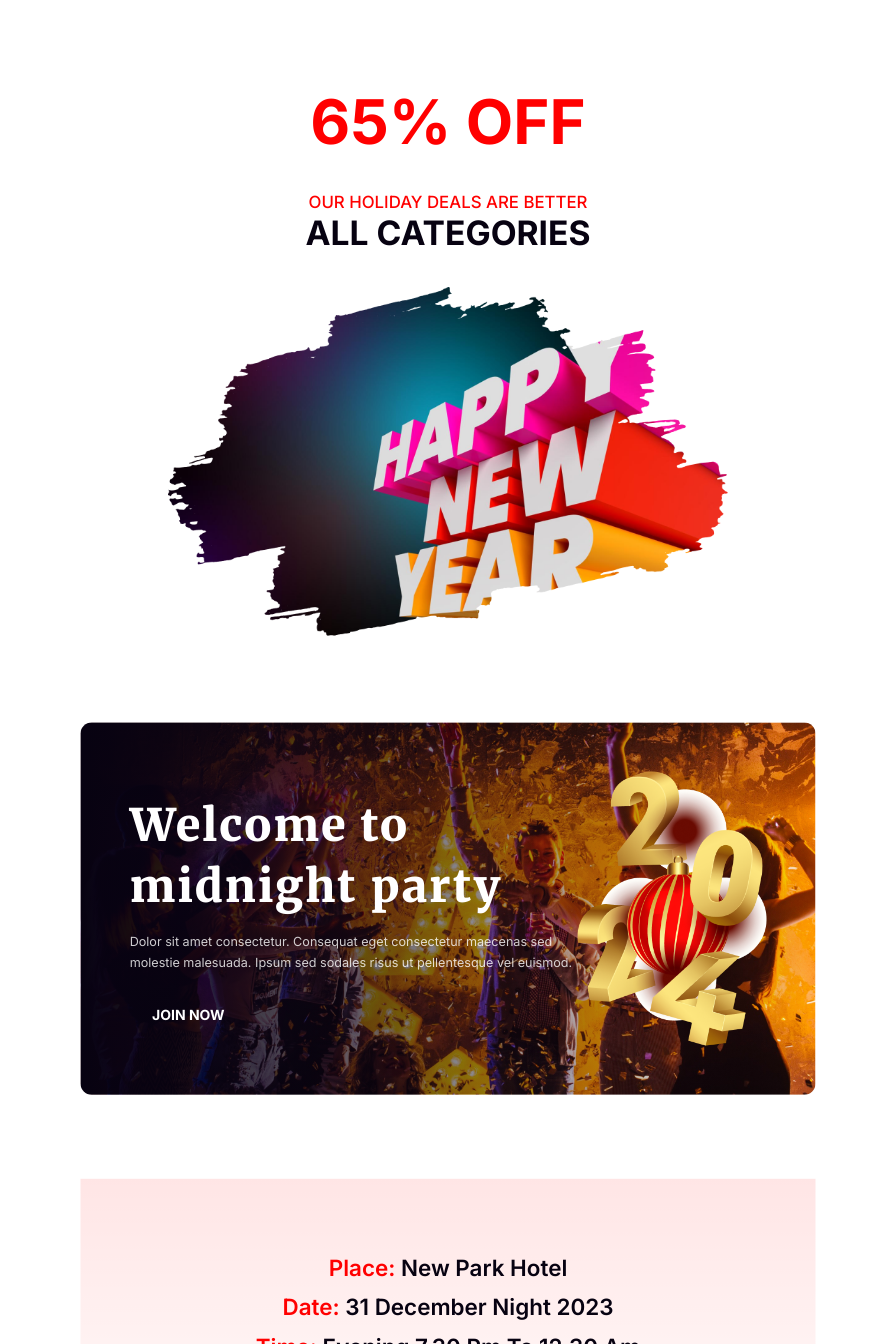
Repository: ShouravAhammed/simple-responsive-new-year
Page: index.html
These files come from the project's save history. The page is drawn as it stood at one moment and after the next save; the edit follows.
The browser window is 1280 px wide. The pictures show the part of the page from y = 0 to 1920 px (the page is 6233 px tall before and 6863 px after), at 70% of full size.

Above is the page before, as saved 2024-01-11 17:07:47.

After the next save:
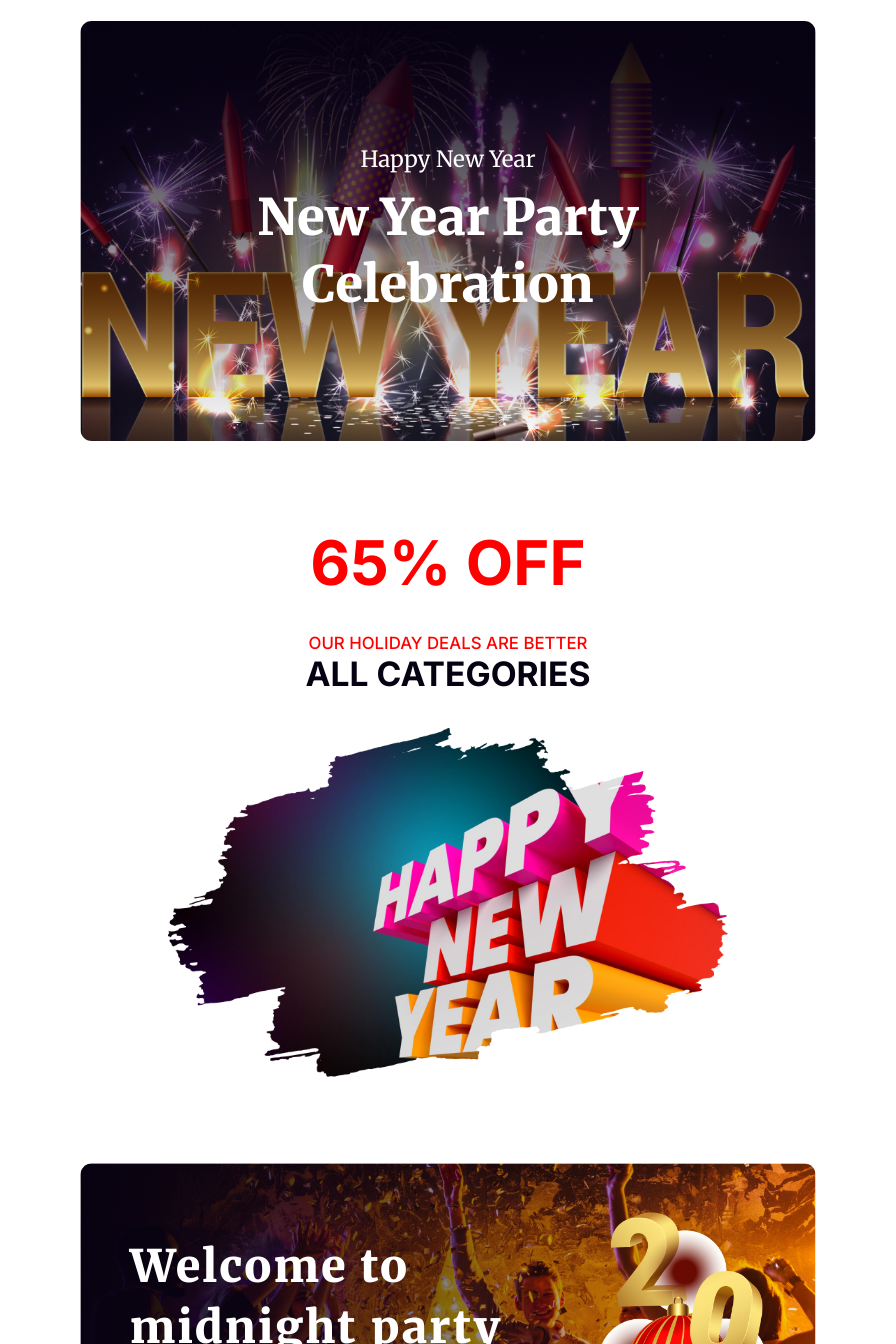
Saved 25 s later.
--- a/index.html
+++ b/index.html
@@ -12,7 +12,7 @@
 </head>
 <body>
     <!-- header part  -->
-    <header class="hide">
+    <header>
         <!-- banner section part -->
         <section id="banner">
             <div class="container">
